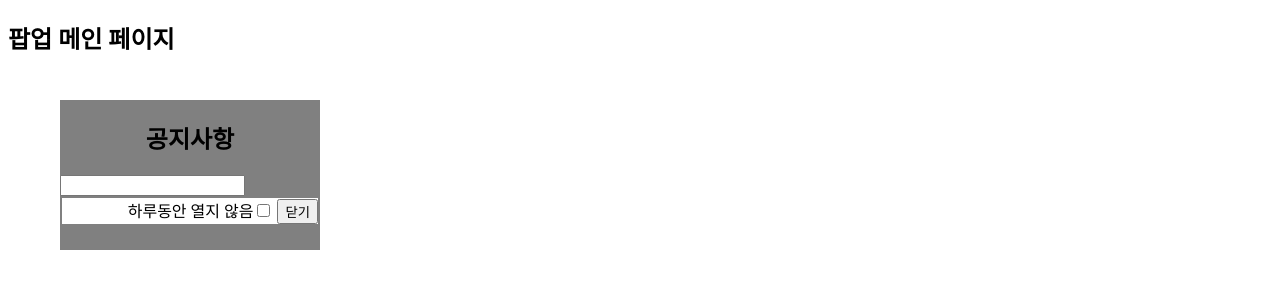
Repository: AHJ2616/Java
Page: http://localhost/board-jsp/04Cookie/PopUpMain_v0.1.jsp
These files come from the project's save history. The page is drawn as it stood at one moment and after the next save; the edit follows.
The browser window is 1280 px wide. The pictures show the whole page.
The page is served by Tomcat 9.

Above is the page before, as saved 2024-07-24 02:10:40.

After the next save:
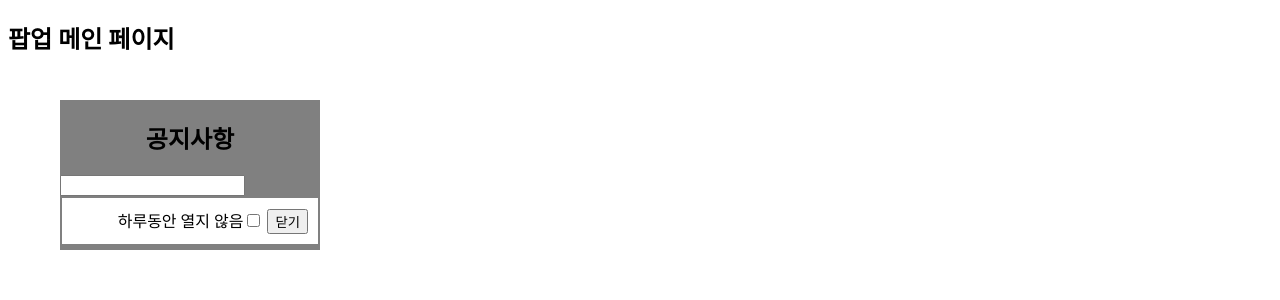
Saved 51 s later.
--- a/jsp_workspace/board-jsp/src/main/webapp/04Cookie/PopUpMain_v0.1.jsp
+++ b/jsp_workspace/board-jsp/src/main/webapp/04Cookie/PopUpMain_v0.1.jsp
@@ -15,7 +15,7 @@ position: absolute; top: 100px;/* 위에서 100픽셀 내려와라 */
 left: 60px; color: black; width: 260px; height: 150px; background-color: gray;
 }
 div#popUp>div{
-position: relative; background-color: #ffffff; border: 2px solid gray;
+position: relative; background-color: #ffffff; border: 2px solid gray; padding: 10px; color : black;
 }
 </style><!-- CSS3를 적용하는 블럭 : 색,크기,도형 -->
 <script>
